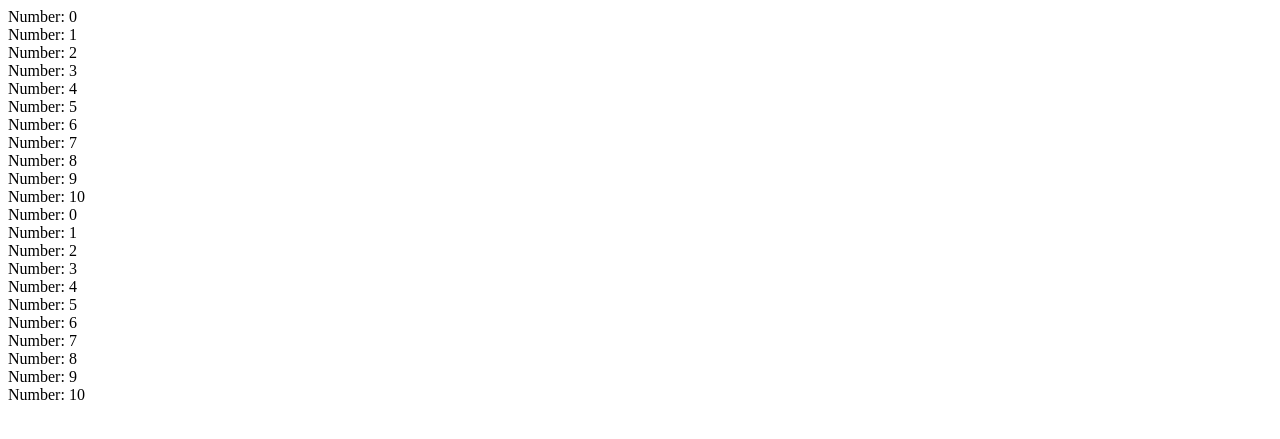
Repository: Matiss1337/PHP
Page: http://localhost/05_loops.php
An editor plug-in stored every save of this project. The page is shown before and after a run of saves, followed by the edit.
The browser window is 1280 px wide. The pictures show the whole page.
The page is run by PHP 8.4 with error messages shown; the project is at /var/www/html/.

Above is the page before, as saved 2023-02-14 12:28:42.

### 05_loops.php
<?php

/* -------- Loops & Iteration ------- */

/* ------------ For Loop ------------ */

/*
** For Loop Syntax
  for (initialize; condition; increment) {
  // code to be executed
  }
*/

for ($x = 0; $x <= 10; $x++) {
  echo "Number: $x <br>";
};

for ($x = 0; $x <= 10; $x++) {
  echo "Number: $x <br>";
};

After the next 2 saves:
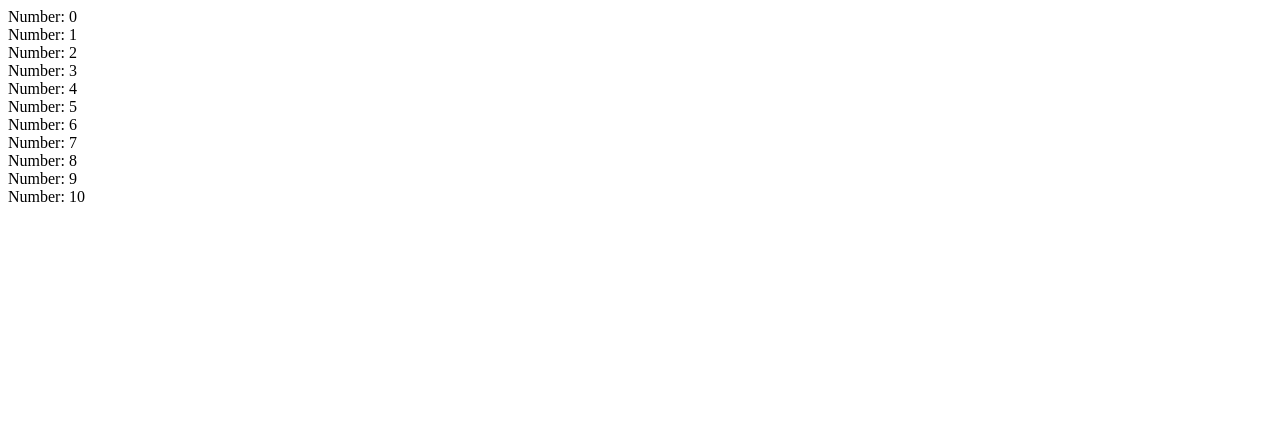
The 2 saves are shown as one change because they came seconds apart.
The last was saved 6 s later.
--- a/05_loops.php
+++ b/05_loops.php
@@ -14,7 +14,3 @@
 for ($x = 0; $x <= 10; $x++) {
   echo "Number: $x <br>";
 };
-
-for ($x = 0; $x <= 10; $x++) {
-  echo "Number: $x <br>";
-};
